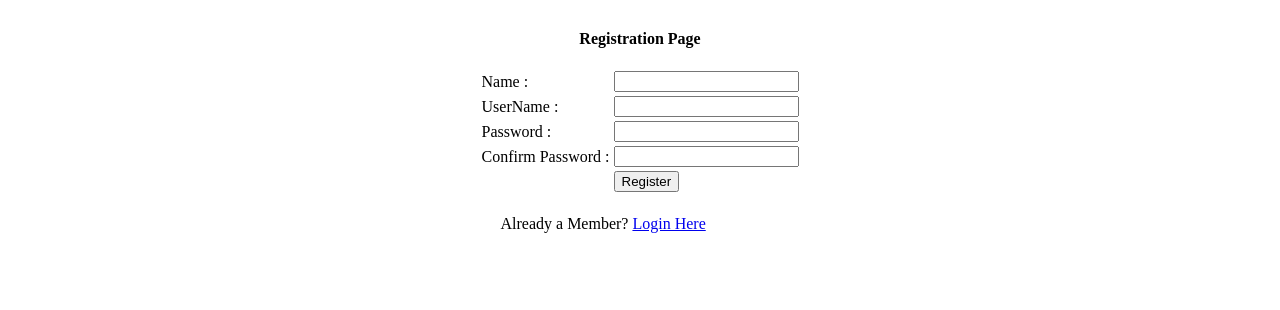
Repository: ShegokarSneha/Login-Registration
Page: http://localhost/LoginRegistration/Register.jsp
These files come from the project's save history. The page is drawn as it stood at one moment and after the next save; the edit follows.
The browser window is 1280 px wide. The pictures show the whole page.
The page is served by Tomcat 9. Nobody is signed in. The application's start-up code is not run.

Above is the page before, as saved 2019-07-09 08:49:00.

After the next save:
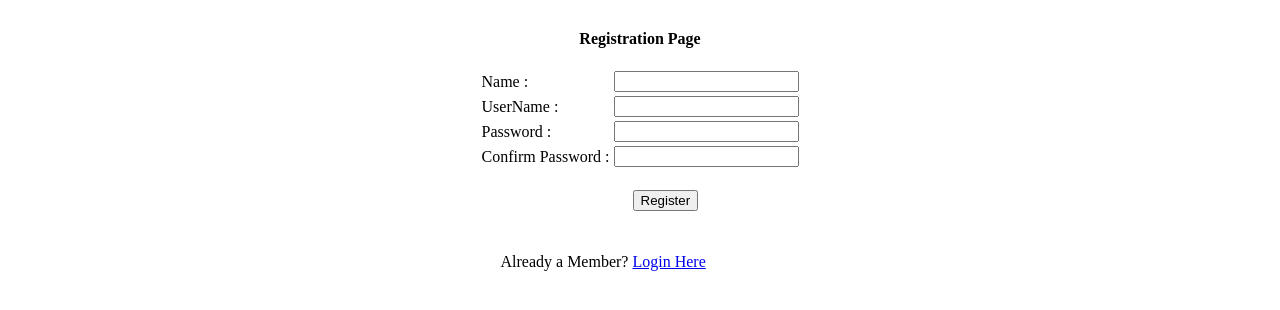
Saved 20 s later.
--- a/LoginRegistration/WebContent/Register.jsp
+++ b/LoginRegistration/WebContent/Register.jsp
@@ -27,7 +27,7 @@
 					<td><input type="password" name="confirmpassword"></td>
 				<tr>
 				<td></td>
-					<td><input type="Submit" name="Submit" value="Register"></td>
+					<td style = "padding:20px;"><input type="Submit" name="Submit" value="Register"></td>
 					</tr>
 					<tr>
 						<td colspan="2" style = "padding:20px;">Already a Member? <a href="Login.jsp">Login Here</a></td>
